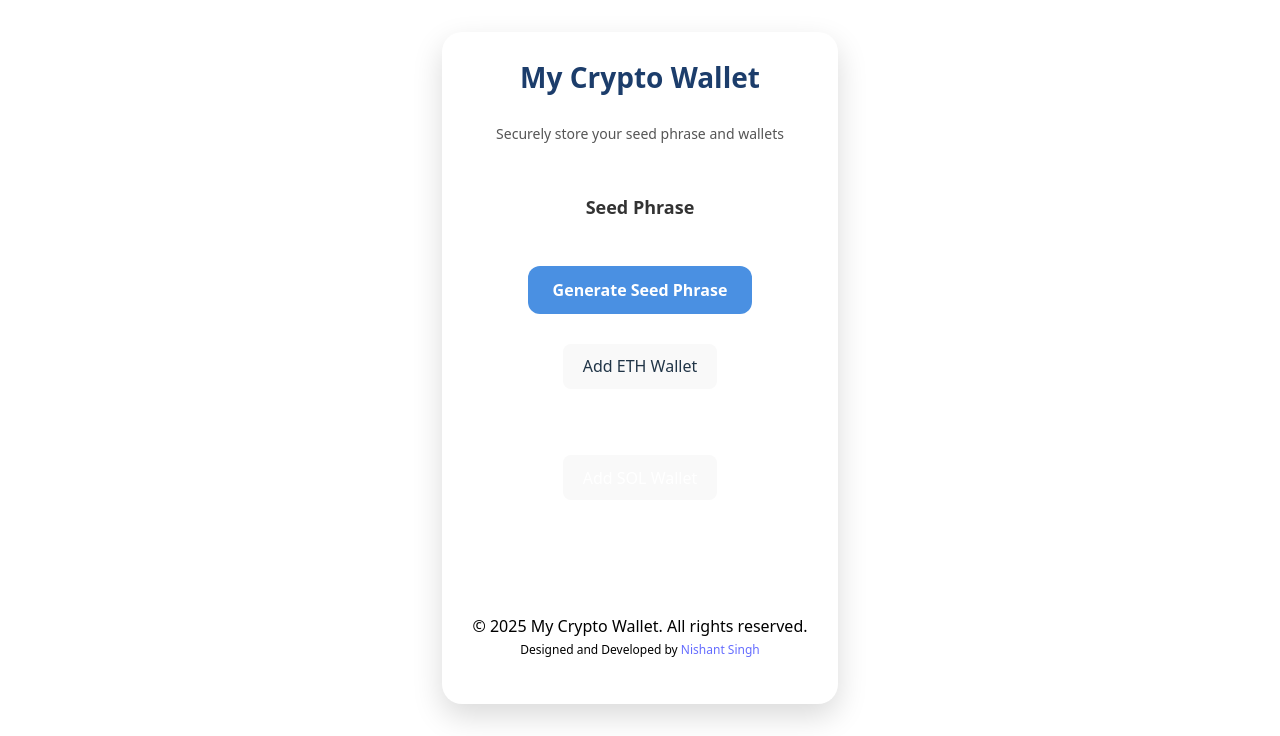
Repository: nishantsingh02/web-based-wallet-web-3
Page: /
These files come from the project's save history. The page is drawn as it stood at one moment and after the next save; the edit follows.
The browser window is 1280 px wide. The pictures show the whole page.
The project was rebuilt for these pictures with package versions that can differ from the ones it lists, and the page was loaded fresh each time. Also part of the build but not shown: vite.config.ts.

Above is the page before, as saved 2025-10-07 02:58:05.

### index.html
<!doctype html>
<html lang="en">
  <head>
    <meta charset="UTF-8" />
    <link rel="icon" type="image/svg+xml" href="/vite.svg" />
    <meta name="viewport" content="width=device-width, initial-scale=1.0" />
    <title>web-wallet</title>
  </head>
  <body>
    <div id="root"></div>
    <script type="module" src="/src/main.tsx"></script>
  </body>
</html>

### src/App.tsx
import { useState } from "react";
import { generateMnemonic } from "bip39";

import "./App.css";
import ETH_wallet from "./components/ETH_wallet";
import SOL_wallet from "./components/SOL_wallet";

function App() {
  const [mnemonic, setMnemonic] = useState(() => {
    return localStorage.getItem("mnemonic") || "";
  });

  // const [mnemonic, setMnemonic] = useState("");

  const words = mnemonic ? mnemonic.split(" ") : [];

  // this function make sure that we dont genrate differnt seeds multiple time
  const handleGenrate = () => {
    const mn = generateMnemonic();
    setMnemonic(mn);
    localStorage.setItem("mnemonic", mn);
  };

  return (
    <div className="">
      <div className="wallet-card">
        {/* Header */}
        <h1 className="wallet-title">My Crypto Wallet</h1>
        <p className="wallet-subtitle">
          Securely store your seed phrase and wallets
        </p>

        {/* Seed Phrase Section */}
        <div className="seed-section">
          <h2 className="section-title">Seed Phrase</h2>
          <div className="mnemonic-container">
            {words.map((word, index) => (
              <div key={index} className="mnemonic-box">
                {word}
              </div>
            ))}
          </div>
          <button
            className="generate-btn"
            onClick={handleGenrate}
            disabled={!!mnemonic}
          >
            {mnemonic ? "Seed Phrase Generated" : "Generate Seed Phrase"}
          </button>
        </div>

        {/* ETH Wallet Section */}
        <ETH_wallet mnemonic={mnemonic} />

        {/* SOL Wallet Section */}
        <SOL_wallet mnemonic={mnemonic} />
      <div className="w-full  text-black text-center py-4 mt-8 rounded-t-lg">
  <p className="text-sm sm:text-base">© 2025 My Crypto Wallet. All rights reserved.</p>
  <p className="text-xs mt-1">Designed and Developed by <a href="https://nishants.me" className="font-bold text-indigo-900 hover:text-indigo-500 hover:underline cursor-pointer transition-colors" >Nishant Singh</a></p>
</div>


      </div>



    </div>
  );
}

export default App;

### src/App.css
@import "tailwindcss";

#root {
  max-width: 1280px;
  margin: 0 auto;
  padding: 2rem;
  text-align: center;
}

/* App container */
.app-container {
  min-height: 100vh;
  display: flex;
  justify-content: center;
  align-items: flex-start;
  background-color: #f0f2f5;
  padding: 40px;
  font-family: 'Segoe UI', Tahoma, Geneva, Verdana, sans-serif;
}

/* Wallet Card */
.wallet-card {
  background-color: #ffffff;
  padding: 30px;
  border-radius: 20px;
  box-shadow: 0 12px 30px rgba(0,0,0,0.15);
  max-width: 800px;
  width: 100%;
  display: flex;
  flex-direction: column;
  gap: 30px;
}

/* Titles */
.wallet-title {
  text-align: center;
  font-size: 28px;
  font-weight: bold;
  color: #1c3d6b;
}

.wallet-subtitle {
  text-align: center;
  font-size: 14px;
  color: #555;
  margin-bottom: 20px;
}

/* Seed Phrase */
.seed-section {
  display: flex;
  flex-direction: column;
  align-items: center;
  gap: 15px;
}

.section-title {
  font-size: 18px;
  font-weight: 600;
  color: #333;
}

.mnemonic-container {
  display: flex;
  flex-wrap: wrap;
  justify-content: center;
  gap: 10px;
}

.mnemonic-box {
  background-color: #e0f0ff;
  padding: 10px 15px;
  border-radius: 8px;
  font-weight: 600;
  color: #1a1a1a;
  box-shadow: 0 3px 6px rgba(0,0,0,0.1);
  transition: transform 0.2s, box-shadow 0.2s;
  cursor: default;
}

.mnemonic-box:hover {
  transform: translateY(-3px);
  box-shadow: 0 6px 12px rgba(0,0,0,0.15);
}

/* Button */
.generate-btn {
  margin-top: 15px;
  padding: 12px 25px;
  background-color: #4a90e2;
  color: #fff;
  border: none;
  border-radius: 12px;
  font-weight: bold;
  cursor: pointer;
  transition: background-color 0.3s, transform 0.2s;
}

.generate-btn:hover {
  background-color: #1c6ed0;
  transform: translateY(-2px);
}

.generate-btn:disabled {
  background-color: #a5b4fc; /* Indigo-300 */
  cursor: not-allowed;
}

.addresses-container {
  display: flex;
  flex-wrap: wrap;
  gap: 15px;
  justify-content: center;
  margin-top: 20px;
}

.address-card {
  padding: 12px 20px;
  border-radius: 12px;
  border: 2px solid #4a90e2;
  background: linear-gradient(135deg, #e0f0ff, #c0e0ff);
  color: #1a1a1a;
  font-weight: 600;
  min-width: 250px;
  text-align: center;
  box-shadow: 0 4px 10px rgba(0, 0, 0, 0.1);
  cursor: pointer;

  /* animation */
  transform: translateY(-20px);
  opacity: 0;
  animation: slideIn 0.5s forwards;
  animation-delay: calc(var(--idx) * 0.1s); /* stagger effect */
}

.address-card:hover {
  background: linear-gradient(135deg, #4a90e2, #1c6ed0);
  color: white;
  transform: scale(1.05);
  transition: all 0.3s ease;
}

.balance {
  font-weight: 700;
  color: #0d47a1;
}

/* slide-in animation */
@keyframes slideIn {
  to {
    transform: translateY(0);
    opacity: 1;
  }
}


.container {
  text-align: center;
  margin-top: 40px;
}

.mnemonic-boxes {
  display: flex;
  flex-wrap: wrap;
  justify-content: center;
  gap: 10px;
  margin: 20px 0;
}

.word-box {
  padding: 10px 14px;
  border: 2px solid #4a90e2;
  border-radius: 10px;
  font-weight: 600;
  background-color: #f5f8ff;
  color: #333;
  transition: 0.2s;
}

.word-box:hover {
  background-color: #4a90e2;
  color: white;
}


.logo {
  height: 6em;
  padding: 1.5em;
  will-change: filter;
  transition: filter 300ms;
}
.logo:hover {
  filter: drop-shadow(0 0 2em #646cffaa);
}
.logo.react:hover {
  filter: drop-shadow(0 0 2em #61dafbaa);
}

@keyframes logo-spin {
  from {
    transform: rotate(0deg);
  }
  to {
    transform: rotate(360deg);
  }
}

@media (prefers-reduced-motion: no-preference) {
  a:nth-of-type(2) .logo {
    animation: logo-spin infinite 20s linear;
  }
}

.card {
  padding: 2em;
}

.read-the-docs {
  color: #888;
}

### src/components/ETH_wallet.tsx
import { mnemonicToSeed } from "bip39";
import { Wallet, HDNodeWallet } from "ethers";
import { useEffect, useState } from "react";

interface ETHWalletProps {
    mnemonic: string
}

function ETH_wallet({ mnemonic }: ETHWalletProps) {
  const [currentIndex, setCurrentIndex] = useState(0);
  const [addresses, setAddresses] = useState<string[]>([]);

  // localstorage can only store string
 useEffect(() => {
    localStorage.setItem("ethAddresses", JSON.stringify(addresses));
    localStorage.setItem("ethCurrentIndex", currentIndex.toString());

  }, [addresses, currentIndex]);

  const deleteWallet = (index: number) => {
    const newAddresses = addresses.filter((_, idx) => idx !== index);
    setAddresses(newAddresses);
  }

  return (
    <div>
      <button
        onClick={async () => {
          const seed = await mnemonicToSeed(mnemonic); // convert words → seed bytes
          const derivationPath = `m/44'/60'/${currentIndex}/0`;
          const hdNode = HDNodeWallet.fromSeed(seed); // create master wallet
          const child = hdNode.derivePath(derivationPath); // specific account
          const privateKey: string = child.privateKey;
          const wallet = new Wallet(privateKey);
          setCurrentIndex(currentIndex + 1);
          setAddresses([...addresses, wallet.address]);
        }}
      >
        Add ETH Wallet
      </button>

        {/* render the public keys keys  */}
      <div className="addresses-container">
        {addresses.map((addr, idx) => (
          <div key={idx} className="address-card">
            <span>Account {idx + 1} - {addr}</span>
            <div
              onClick={() => deleteWallet(idx)}
              className="bg-red-500 w-10 h-10 flex items-center justify-center text-white font-bold rounded-full cursor-pointer hover:bg-red-600 hover:scale-110 transition-all shadow-md"
            >
              X
            </div>
          </div>
        ))}
      </div>

    </div>
  );
}

export default ETH_wallet;

### src/components/SOL_wallet.tsx
import { useState, useEffect } from "react";
import { mnemonicToSeed } from "bip39";
import { derivePath } from "ed25519-hd-key";
import nacl from "tweetnacl";
import { Keypair, PublicKey } from "@solana/web3.js";

interface SOLWalletProps {
  mnemonic: string;
}

function SOL_wallet({ mnemonic }: SOLWalletProps) {
  const [currentIndex, setCurrentIndex] = useState(0);
  const [publicKeys, setPublicKeys] = useState<PublicKey[]>([]);

  // Load from localStorage on mount
  useEffect(() => {
    const savedKeys = localStorage.getItem("solPublicKeys");
    const savedIndex = localStorage.getItem("solCurrentIndex");

    if (savedKeys) {
      const keysArray = JSON.parse(savedKeys).map((k: string) => new PublicKey(k));
      setPublicKeys(keysArray);
    }
    if (savedIndex) setCurrentIndex(Number(savedIndex));
  }, []);

  // Persist to localStorage whenever publicKeys or currentIndex changes
  useEffect(() => {
    localStorage.setItem(
      "solPublicKeys",
      JSON.stringify(publicKeys.map((k) => k.toBase58()))
    );
    localStorage.setItem("solCurrentIndex", currentIndex.toString());
  }, [publicKeys, currentIndex]);

  // Add new SOL wallet
  const addWallet = async () => {
    const seed = await mnemonicToSeed(mnemonic);
    const path = `m/44'/501'/${currentIndex}'`;
    const derivedSeed = derivePath(path, seed.toString("hex")).key;
    const secret = nacl.sign.keyPair.fromSeed(derivedSeed).secretKey;
    const keypair = Keypair.fromSecretKey(secret);

    setPublicKeys([...publicKeys, keypair.publicKey]);
    setCurrentIndex(currentIndex + 1);
  };

  // Delete a wallet
  const deleteWallet = (index: number) => {
    const newKeys = publicKeys.filter((_, idx) => idx !== index);
    setPublicKeys(newKeys);

    // Optional: adjust currentIndex to avoid overwriting
    if (index < currentIndex) setCurrentIndex(currentIndex - 1);
  };

  return (
    <div className="mt-4">
      <button
        onClick={addWallet}
        className="bg-blue-500 text-white px-4 py-2 rounded hover:bg-blue-600 transition-colors mb-4"
      >
        Add SOL Wallet
      </button>

      <div className="addresses-container flex flex-col gap-2">
        {publicKeys.map((p, idx) => (
          <div
            key={idx}
            className="address-card flex justify-between items-center bg-gray-100 p-2 rounded shadow"
          >
            <span>Account {idx + 1} - {p.toBase58()}</span>
            <div
              onClick={() => deleteWallet(idx)}
              className="bg-red-500 w-10 h-10 flex items-center justify-center text-white font-bold rounded-full cursor-pointer hover:bg-red-600 hover:scale-110 transition-all shadow-md"
            >
              X
            </div>
          </div>
        ))}
      </div>
    </div>
  );
}

export default SOL_wallet;

Loaded but not shown: src/main.tsx (common file); src/index.css (common file)

After the next save:
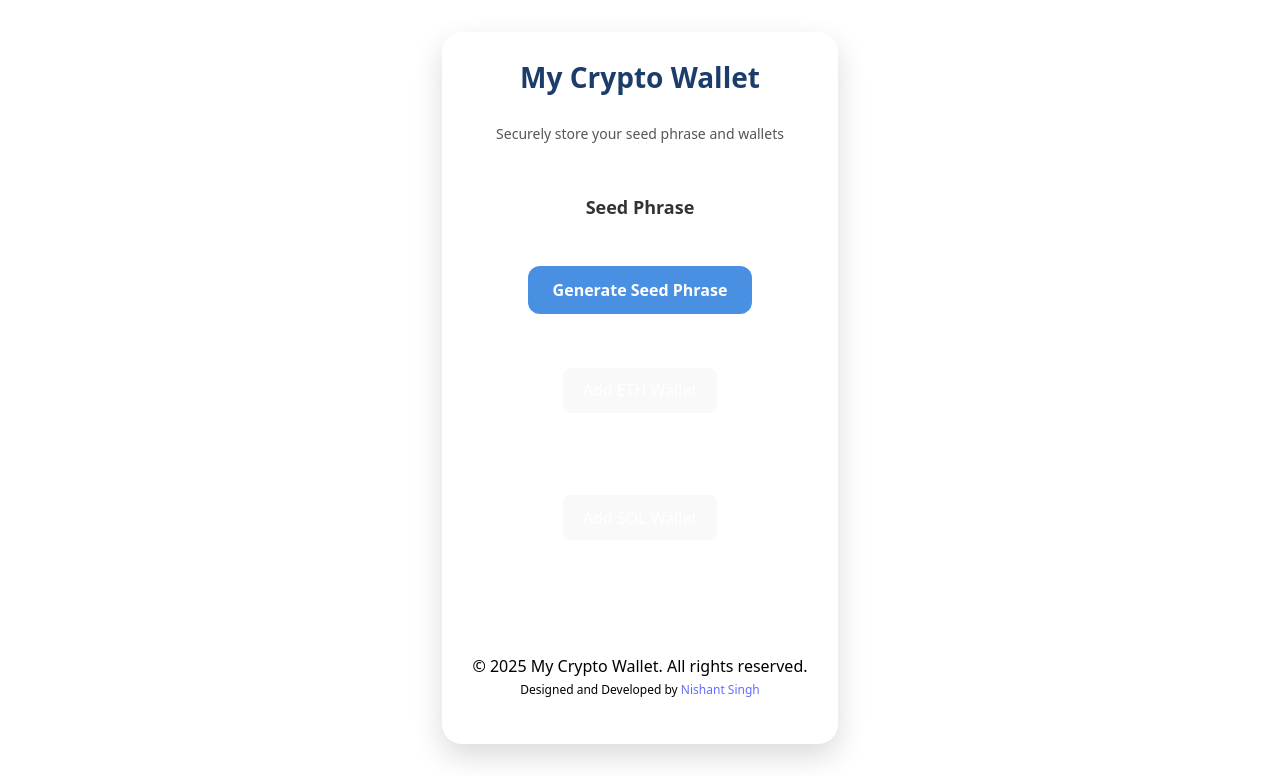
Saved 101 s later.
--- a/src/components/ETH_wallet.tsx
+++ b/src/components/ETH_wallet.tsx
@@ -3,47 +3,64 @@ import { Wallet, HDNodeWallet } from "ethers";
 import { useEffect, useState } from "react";
 
 interface ETHWalletProps {
-    mnemonic: string
+  mnemonic: string;
 }
 
 function ETH_wallet({ mnemonic }: ETHWalletProps) {
   const [currentIndex, setCurrentIndex] = useState(0);
   const [addresses, setAddresses] = useState<string[]>([]);
 
-  // localstorage can only store string
- useEffect(() => {
+  // Load from localStorage on mount
+  useEffect(() => {
+    const savedAddresses = localStorage.getItem("ethAddresses");
+    const savedIndex = localStorage.getItem("ethCurrentIndex");
+
+    if (savedAddresses) setAddresses(JSON.parse(savedAddresses));
+    if (savedIndex) setCurrentIndex(Number(savedIndex));
+  }, []);
+
+  // Save to localStorage whenever addresses or index change
+  useEffect(() => {
     localStorage.setItem("ethAddresses", JSON.stringify(addresses));
     localStorage.setItem("ethCurrentIndex", currentIndex.toString());
-
   }, [addresses, currentIndex]);
 
+  // Add new ETH wallet
+  const addWallet = async () => {
+    const seed = await mnemonicToSeed(mnemonic);
+    const derivationPath = `m/44'/60'/${currentIndex}/0`;
+    const hdNode = HDNodeWallet.fromSeed(seed);
+    const child = hdNode.derivePath(derivationPath);
+    const privateKey: string = child.privateKey;
+    const wallet = new Wallet(privateKey);
+
+    setAddresses([...addresses, wallet.address]);
+    setCurrentIndex(currentIndex + 1);
+  };
+
+  // Delete wallet
   const deleteWallet = (index: number) => {
     const newAddresses = addresses.filter((_, idx) => idx !== index);
     setAddresses(newAddresses);
-  }
+    if (index < currentIndex) setCurrentIndex(currentIndex - 1);
+  };
 
   return (
-    <div>
+    <div className="mt-6">
       <button
-        onClick={async () => {
-          const seed = await mnemonicToSeed(mnemonic); // convert words → seed bytes
-          const derivationPath = `m/44'/60'/${currentIndex}/0`;
-          const hdNode = HDNodeWallet.fromSeed(seed); // create master wallet
-          const child = hdNode.derivePath(derivationPath); // specific account
-          const privateKey: string = child.privateKey;
-          const wallet = new Wallet(privateKey);
-          setCurrentIndex(currentIndex + 1);
-          setAddresses([...addresses, wallet.address]);
-        }}
+        onClick={addWallet}
+        className="bg-blue-500 text-white px-4 py-2 rounded hover:bg-blue-600 transition-colors mb-4"
       >
         Add ETH Wallet
       </button>
 
-        {/* render the public keys keys  */}
-      <div className="addresses-container">
+      <div className="addresses-container flex flex-col gap-3">
         {addresses.map((addr, idx) => (
-          <div key={idx} className="address-card">
-            <span>Account {idx + 1} - {addr}</span>
+          <div
+            key={idx}
+            className="address-card flex justify-between items-center bg-gray-100 p-3 rounded shadow"
+          >
+            <span className="break-all">Account {idx + 1} - {addr}</span>
             <div
               onClick={() => deleteWallet(idx)}
               className="bg-red-500 w-10 h-10 flex items-center justify-center text-white font-bold rounded-full cursor-pointer hover:bg-red-600 hover:scale-110 transition-all shadow-md"
@@ -53,7 +70,6 @@ function ETH_wallet({ mnemonic }: ETHWalletProps) {
           </div>
         ))}
       </div>
-
     </div>
   );
 }
